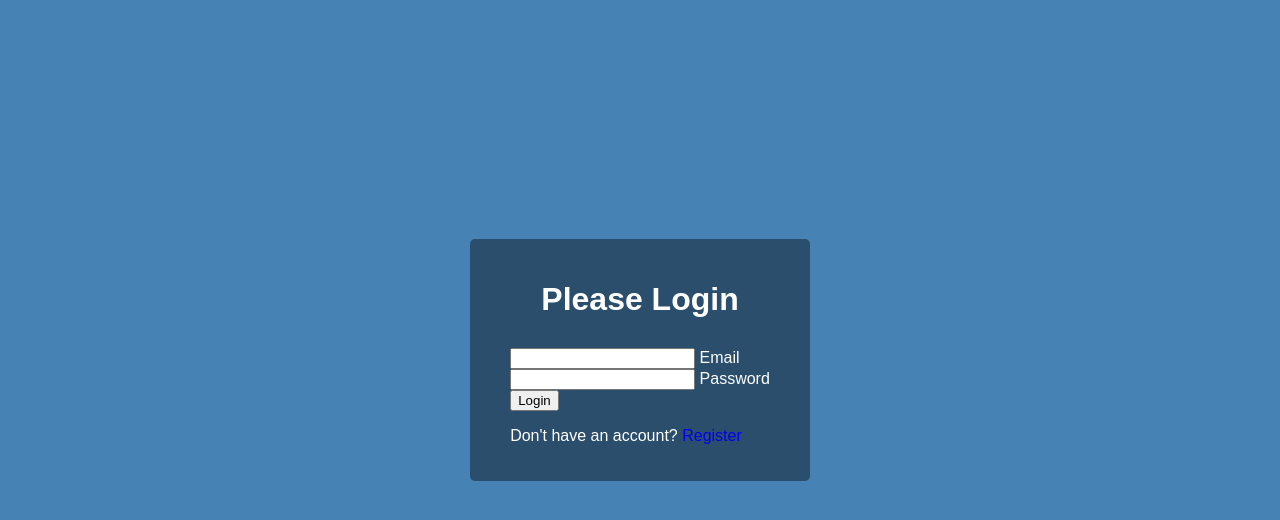
Repository: thecoachanna/form-animation
Page: index.html
These files come from the project's save history. The page is drawn as it stood at one moment and after a run of saves; the edit follows.
The browser window is 1280 px wide. The pictures show the whole page.
Some web fonts or font styles are not loaded; a fallback is used.

Above is the page before, as saved 2023-02-26 09:55:10.

After the next 2 saves:
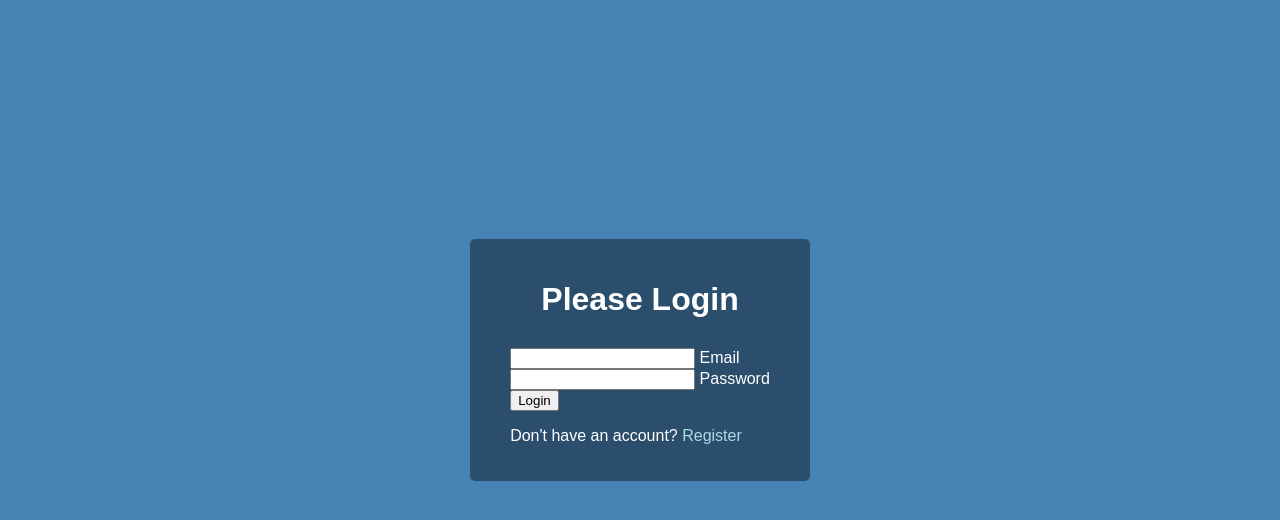
The 2 saves are shown as one change because they came seconds apart.
The last was saved 13 s later.
--- a/style.css
+++ b/style.css
@@ -31,4 +31,5 @@ body {
 
 .container a {
     text-decoration: none;
+    color: lightblue;
 }
